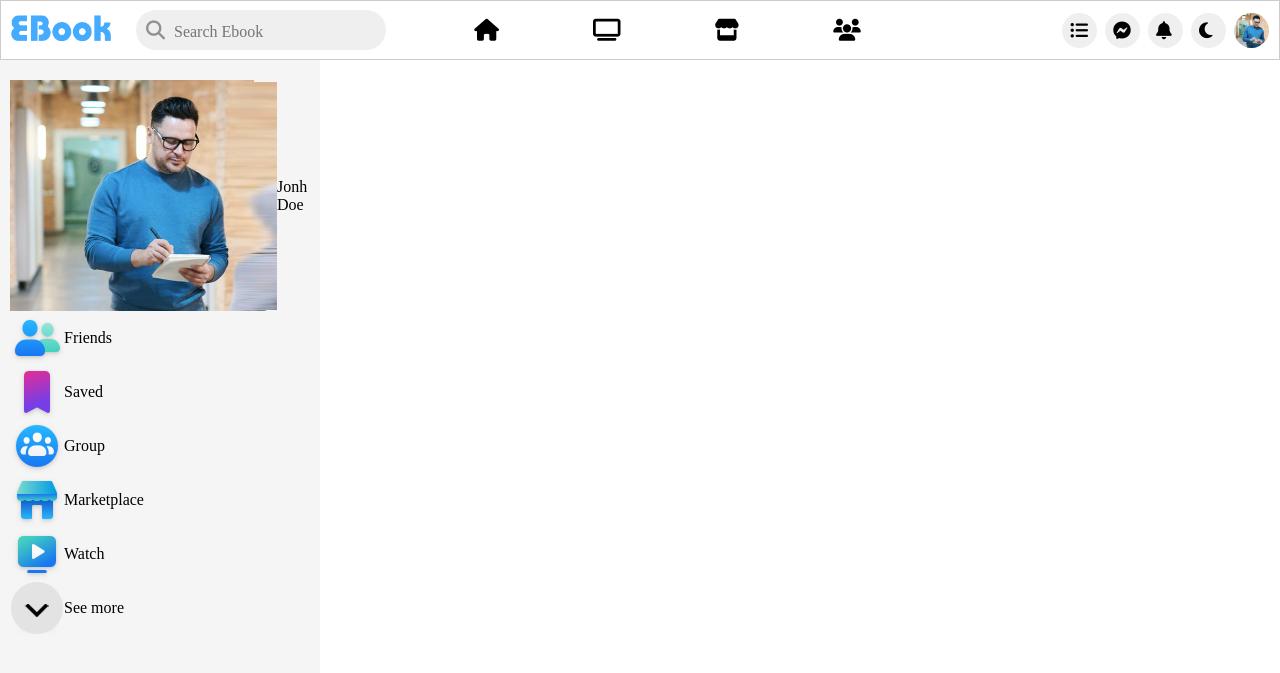
Repository: datvu1608/cloneebook
Page: index.html
These files come from the project's save history. The page is drawn as it stood at one moment and after the next save; the edit follows.
The browser window is 1280 px wide. The pictures show the whole page.
Some web libraries are served in a nearby version.

Above is the page before, as saved 2023-02-23 14:59:56.

### index.html
<!DOCTYPE html>
<html lang="en">
  <head>
    <meta charset="UTF-8" />
    <meta http-equiv="X-UA-Compatible" content="IE=edge" />
    <meta name="viewport" content="width=device-width, initial-scale=1.0" />
    <title>Face Clone</title>
    <link
      rel="stylesheet"
      href="https://cdnjs.cloudflare.com/ajax/libs/font-awesome/6.3.0/css/all.min.css"
      integrity="sha512-SzlrxWUlpfuzQ+pcUCosxcglQRNAq/DZjVsC0lE40xsADsfeQoEypE+enwcOiGjk/bSuGGKHEyjSoQ1zVisanQ=="
      crossorigin="anonymous"
      referrerpolicy="no-referrer"
    />
    <link rel="stylesheet" href="style.css" />
  </head>
  <body>
    <nav>
      <div class="left">
        <div class="logo">
          <img src="./image/logo.png" alt="" />
        </div>
        <div class="search-bar">
          <i class="fa-solid fa-magnifying-glass"></i>
          <input type="text" name="" id="" placeholder="Search Ebook" />
        </div>
      </div>

      <div class="center">
        <i class="fa-solid fa-house"></i>
        <i class="fa-solid fa-tv"></i>
        <i class="fa-solid fa-store"></i>
        <i class="fa-solid fa-users"></i>
      </div>

      <div class="right">
        <i class="fa-solid fa-list-ul"></i>
        <i class="fa-brands fa-facebook-messenger"></i>
        <i class="fa-solid fa-bell"></i>
        <i class="fa-solid fa-moon"></i>
        <img src="./image/profile.png" alt="" />
      </div>
    </nav>

    <!-- Main -->
    <div class="main">
      <!-- left -->
      <div class="left">
        <div class="img">
          <img src="./image/profile.png" alt="" />
          <p>Jonh Doe</p>
        </div>
        <div class="img">
          <img src="./image/friend.png" alt="" />
          <p>Friends</p>
        </div>
        <div class="img">
          <img src="./image/saved.png" alt="" />
          <p>Saved</p>
        </div>
        <div class="img">
          <img src="./image/group.png" alt="" />
          <p>Group</p>
        </div>
        <div class="img">
          <img src="./image/marketplace.png" alt="" />
          <p>Marketplace</p>
        </div>
        <div class="img">
          <img src="./image/watch.png" alt="" />
          <p>Watch</p>
        </div>
        <div class="img">
          <img src="./image/down_arrow.png" alt="" />
          <p>See more</p>
        </div>
      </div>
      <div class="center"></div>
      <div class="right"></div>
    </div>
  </body>
</html>

### style.css
* {
  margin: 0;
  padding: 0;
  box-sizing: border-box;
  font-family: serif;
}
nav {
  width: 100%;
  height: 60px;
  display: flex;
  align-items: center;
  justify-content: space-between;
  border: 1px solid #ccc;
  background: #fff;
  position: fixed;
  top: 0;
  z-index: 1000;
  cursor: pointer;
}
nav .left img {
  width: 100px;
  margin: 5px 0;
  cursor: pointer;
}
nav .left {
  display: flex;
  align-items: center;
  justify-content: center;
  margin-left: 10px;
}
nav .left .search-bar {
  width: 250px;
  height: 40px;
  background: #efefef;
  border-radius: 30px;
  padding: 0 10px;
  margin-left: 10px;
  position: relative;
  left: 15px;
}
nav .left .search-bar i {
  line-height: 40px;
  font-size: 19px;
  color: #919191;
  margin-right: 5px;
}
nav .left .search-bar input {
  background-color: transparent;
  outline: none;
  border: 0;
  width: 200px;
  font-size: 16px;
}

nav .center {
  position: relative;
  right: 45px;
}
nav .center i {
  margin: 0 45px 0 45px;
  font-size: 22px;
}
nav .center i:hover {
  color: #45abff;
  cursor: pointer;
}

nav .right {
  display: flex;
  align-items: center;
  margin-right: 10px;
}
nav .right i {
  width: 35px;
  height: 35px;
  border-radius: 50%;
  background: #efefef;
  line-height: 35px;
  padding-left: 8px;
  font-size: 18px;
  margin-left: 8px;
  cursor: pointer;
}
nav .right img {
  width: 35px;
  height: 35px;
  object-fit: cover;
  object-position: center;
  border-radius: 50%;
  margin-left: 8px;
  line-height: 45px;
  cursor: pointer;
}

/* main */
.main {
  display: flex;
  margin-top: 60px;
  background-color: #f5f5f5;
}
.main .left {
  width: 25%;
  height: 92vh;
  overflow: hidden;
  overflow-y: scroll;
  background-color: #f5f5f5;
  padding: 20px 6px 5px 10px;
  position: fixed;
}
.main .left::-webkit-scrollbar {
  width: 7px;
}
.main .left::-webkit-scrollbar-thumb {
  border-radius: 20px;
  background-color: #f5f5f5;
}
.main .left:hover::-webkit-scrollbar-thumb {
  background-color: #ccc;
}
.main .left .img {
  display: flex;
  align-items: center;
  cursor: pointer;
  transition: 0.2s;
}
.main .left .img:hover {
  background: #e3e3e3;
}

After the next save:
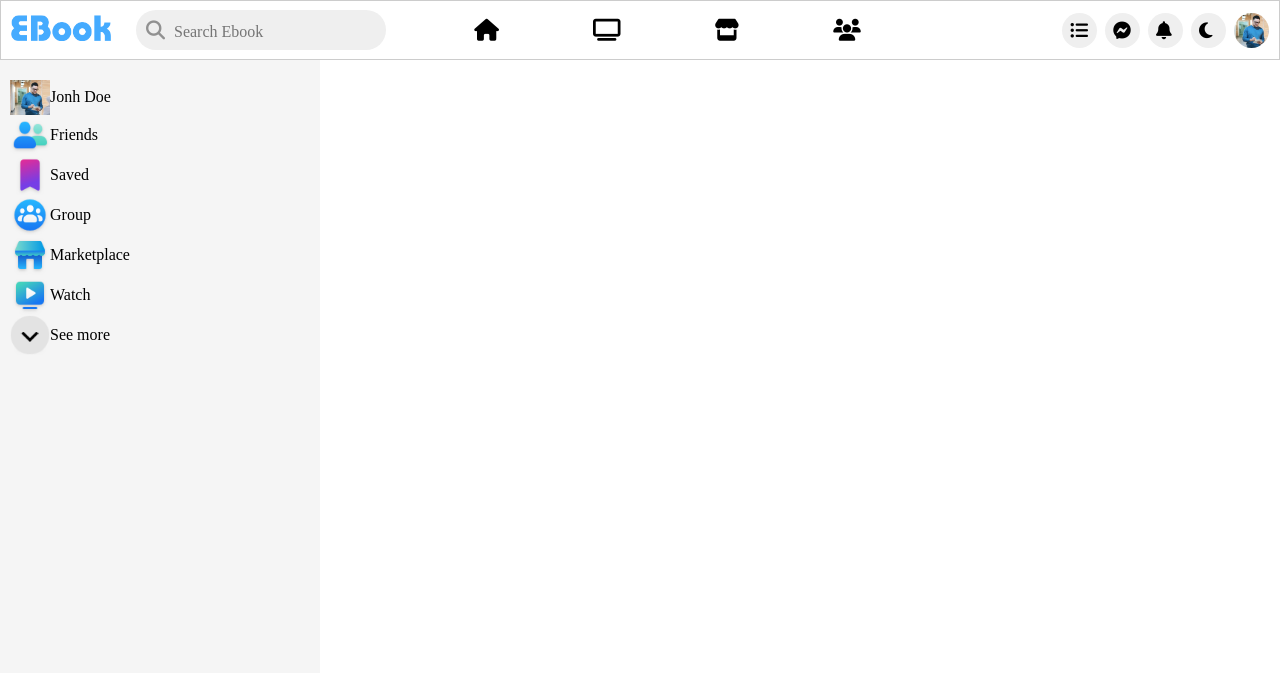
Saved 51 s later.
--- a/style.css
+++ b/style.css
@@ -126,3 +126,6 @@ nav .right img {
 .main .left .img:hover {
   background: #e3e3e3;
 }
+.main .left .img img {
+  width: 40px;
+}
